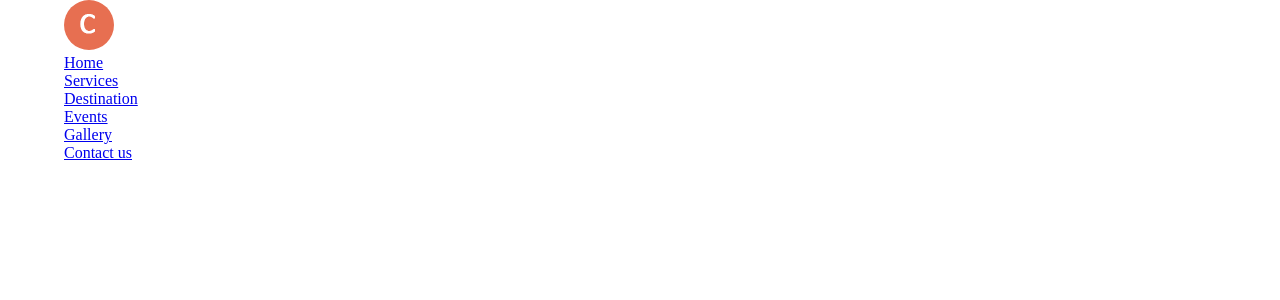
Repository: giahuy405/BC38_Camping_Pham_Gia_Huy
Page: index.html
The author's editor kept a copy of each file at every save. The page is drawn from the files as they stood at one save, then again after the next save.
The browser window is 1280 px wide. The pictures show the whole page.

Above is the page before, as saved 2022-09-13 18:47:20.

### index.html
<!DOCTYPE html>
<html lang="en">
<head>
    <meta charset="UTF-8">
    <meta http-equiv="X-UA-Compatible" content="IE=edge">
    <meta name="viewport" content="width=device-width, initial-scale=1.0">
    <title>Document</title>
    <link rel="stylesheet" href="./css/index.css">
</head>
<body>
    <header>
       <div class="header__items">
            <img src="./img/logoicon.png" alt="">
            <nav>
                <ul>
                    <li><a href="#">Home</a></li>
                    <li><a href="#">Services</a></li>
                    <li><a href="#">Destination</a></li>
                    <li><a href="#">Events</a></li>
                    <li><a href="#">Gallery</a></li>
                    <li><a href="#">Contact us</a></li>
                </ul>
            </nav>
       </div>
    </header>
</body>
</html>

### css/index.css
*{
    padding: 0;
    margin: 0;
    box-sizing: border-box;
}
.header__items{
    width: 90%;
    margin: 0 auto;
}
nav ul{
    list-style: none;

}

After the next save:
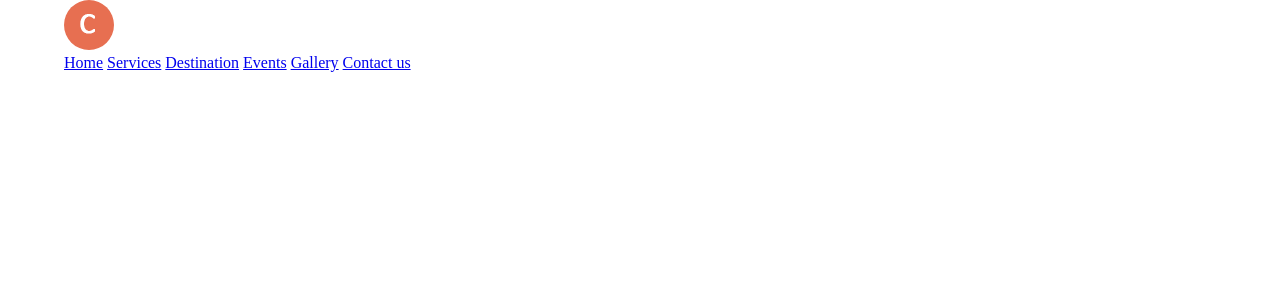
Saved 16 s later.
--- a/css/index.css
+++ b/css/index.css
@@ -9,5 +9,7 @@
 }
 nav ul{
     list-style: none;
-
 }
+nav li{
+    display: inline;
+}
